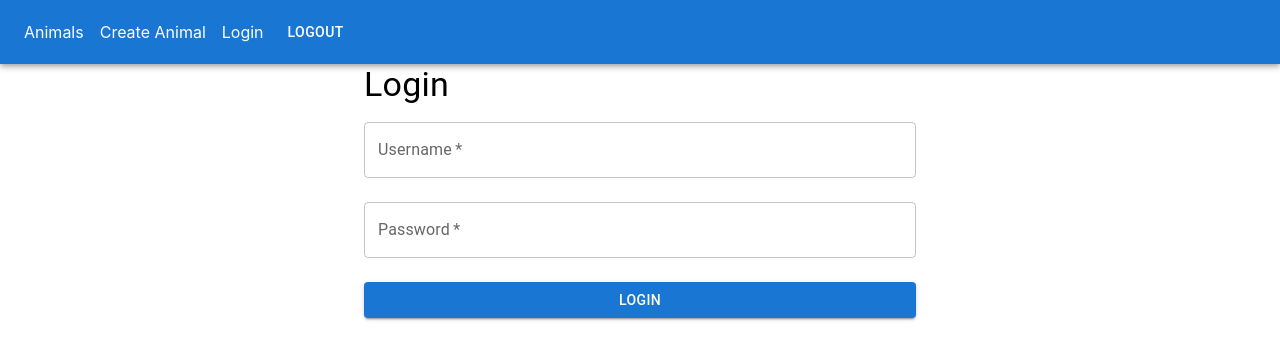
Repository: maomao7788/Digital-Zoo-Management1
Page: / (app in frontend/)
An editor plug-in stored every save of this project. The page is shown before and after the next save, followed by the edit.
The browser window is 1280 px wide. The pictures show the whole page.
The project was rebuilt for these pictures with package versions that can differ from the ones it lists, and the page was loaded fresh each time. Also part of the build but not shown: frontend/src/services/api.ts, frontend/src/pages/AnimalList.tsx, frontend/src/pages/CreateAnimal.tsx.

Above is the page before, as saved 2025-02-25 08:17:19.

### frontend/src/App.tsx
import { BrowserRouter as Router, Route, Routes, useNavigate } from 'react-router-dom';
import AnimalList from './pages/AnimalList';
import CreateAnimal from './pages/CreateAnimal';
import Login from './pages/Login';
import PrivateRoute from './components/PrivateRoute';
import { AppBar, Toolbar, Link, Button } from '@mui/material';
import { logout } from './services/authApi';

function App() {
  const handleLogout = () => {
    logout();
    window.location.href = '/login';
  };

  return (
    <Router>
      <AppBar position="static">
        <Toolbar>
          <Link href="/" color="inherit" underline="none" sx={{ mr: 2 }}>Animals</Link>
          <Link href="/create" color="inherit" underline="none" sx={{ mr: 2 }}>Create Animal</Link>
          <Link href="/login" color="inherit" underline="none" sx={{ mr: 2 }}>Login</Link>
          <Button color="inherit" onClick={handleLogout}>Logout</Button>
        </Toolbar>
      </AppBar>

      <Routes>
        <Route path="/login" element={<Login />} />
        <Route path="/" element={<PrivateRoute><AnimalList /></PrivateRoute>} />
        <Route path="/create" element={<PrivateRoute><CreateAnimal /></PrivateRoute>} />
      </Routes>
    </Router>
  );
}

export default App;

### frontend/src/pages/Login.tsx
import React, { useState, useEffect } from 'react';
import { useNavigate } from 'react-router-dom';
import { Typography, Container, TextField, Button } from '@mui/material';
import { login } from '../services/authApi';

const Login = () => {
  const [username, setUsername] = useState('');
  const [password, setPassword] = useState('');
  const navigate = useNavigate();

  useEffect(() => {
    const token = localStorage.getItem('access_token');
    if (token && token !== 'null' && token !== 'undefined') {
      navigate('/');
    }
  }, [navigate]);

  const handleSubmit = async (e: React.FormEvent) => {
    e.preventDefault();
    console.log("Login button clicked");
    try {
      const response = await login(username, password);
      console.log("Login response:", response.data);
      localStorage.setItem('access_token', response.data.access);
      localStorage.setItem('refresh_token', response.data.refresh);
      alert('Login successful!');
      navigate('/');
    } catch (error: any) {
      console.error('Login failed:', error.response ? error.response.data : error.message);
      alert(`Login failed: ${error.response?.data.detail || 'Unknown error'}`);
    }
  };


  return (
    <Container maxWidth="sm">
      <Typography variant="h4">Login</Typography>
      <form onSubmit={handleSubmit}>
        <TextField
          label="Username"
          fullWidth
          margin="normal"
          value={username}
          onChange={(e: React.ChangeEvent<HTMLInputElement>) => setUsername(e.target.value)}
          required
        />
        <TextField
          label="Password"
          type="password"
          fullWidth
          margin="normal"
          value={password}
          onChange={(e: React.ChangeEvent<HTMLInputElement>) => setPassword(e.target.value)}
          required
        />
        <Button type="submit" variant="contained" color="primary" fullWidth sx={{ mt: 2 }}>
          Login
        </Button>
      </form>
    </Container>
  );
};

export default Login;

### frontend/src/components/PrivateRoute.tsx
import React, { ReactNode } from 'react';
import { Navigate } from 'react-router-dom';

interface PrivateRouteProps {
  children: ReactNode;
}

const PrivateRoute = ({ children }: PrivateRouteProps): React.ReactElement => {
  const token = localStorage.getItem('access_token');

  if (!token) {
    return <Navigate to="/login" replace />;
  }

  return <>{children}</>;
};

export default PrivateRoute;

### frontend/src/services/authApi.ts
import axios from 'axios';

const api = axios.create({
  baseURL: 'http://localhost:8000/zoo/api/',
});

export const login = (username: string, password: string) => {
  return api.post('token/', { username, password });
};

export const register = (username: string, email: string, password: string) => {
  return api.post('register/', { username, email, password });
};

export const logout = () => {
  localStorage.removeItem('access_token');
  localStorage.removeItem('refresh_token');
};

Loaded but not shown: frontend/public/index.html (common file); frontend/src/index.tsx (common file); frontend/src/index.css (common file); frontend/src/reportWebVitals.ts (common file)

After the next save:
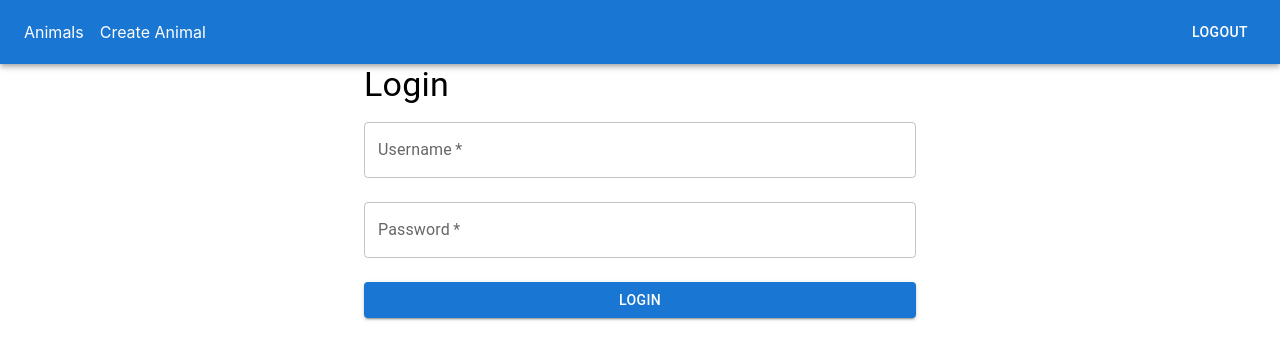
Saved 11 min 13 s later.
--- a/frontend/src/App.tsx
+++ b/frontend/src/App.tsx
@@ -3,8 +3,9 @@ import AnimalList from './pages/AnimalList';
 import CreateAnimal from './pages/CreateAnimal';
 import Login from './pages/Login';
 import PrivateRoute from './components/PrivateRoute';
-import { AppBar, Toolbar, Link, Button } from '@mui/material';
+import { AppBar, Toolbar, Link, Button ,Box } from '@mui/material';
 import { logout } from './services/authApi';
+
 
 function App() {
   const handleLogout = () => {
@@ -18,7 +19,7 @@ function App() {
         <Toolbar>
           <Link href="/" color="inherit" underline="none" sx={{ mr: 2 }}>Animals</Link>
           <Link href="/create" color="inherit" underline="none" sx={{ mr: 2 }}>Create Animal</Link>
-          <Link href="/login" color="inherit" underline="none" sx={{ mr: 2 }}>Login</Link>
+          <Box sx={{ flexGrow: 1 }}></Box>
           <Button color="inherit" onClick={handleLogout}>Logout</Button>
         </Toolbar>
       </AppBar>
